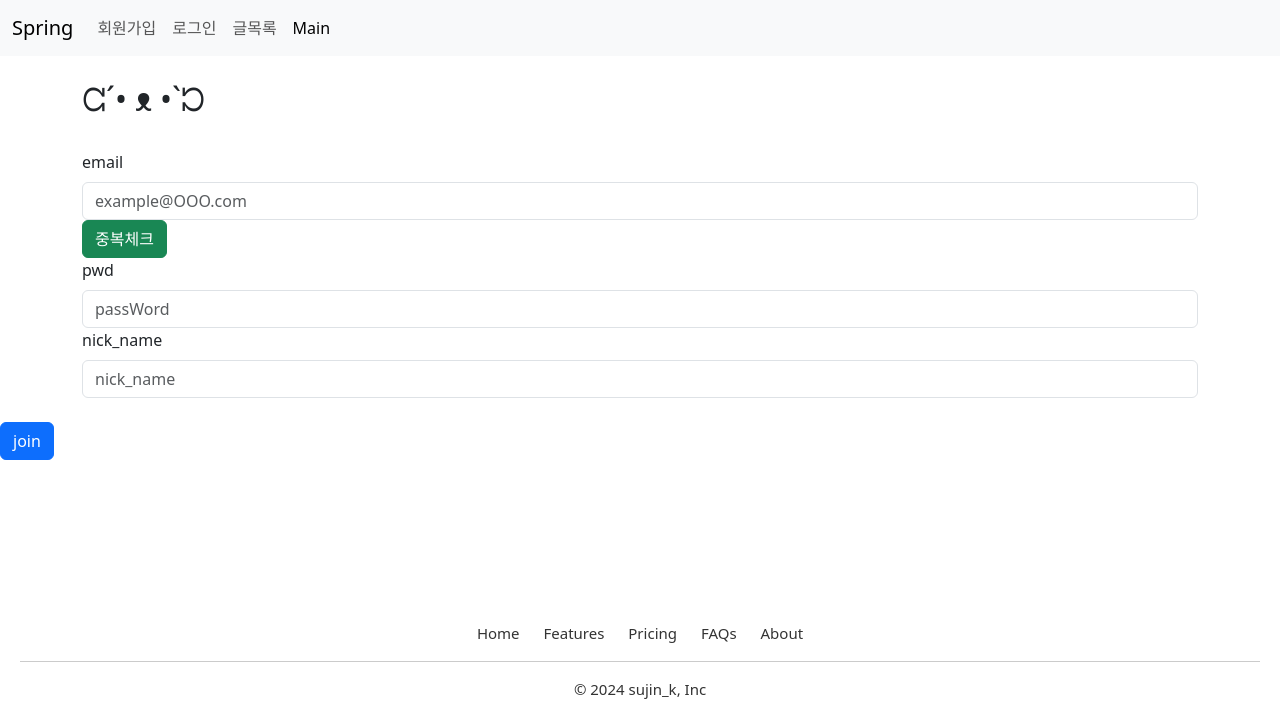
Repository: sujin1221/spring
Page: http://localhost/spring_test2/WEB-INF/views/member/register.jsp
An editor plug-in stored every save of this project. The page is shown before and after the next save, followed by the edit.
The browser window is 1280 px wide. The pictures show the whole page.
The page is served by Tomcat 9. Nobody is signed in. The template is opened directly, without the code that normally fills it, so the values that code supplies are empty.

Above is the page before, as saved 2024-01-17 01:18:59.
Console error: TypeError: Cannot read properties of null (reading 'addEventListener')

After the next save:
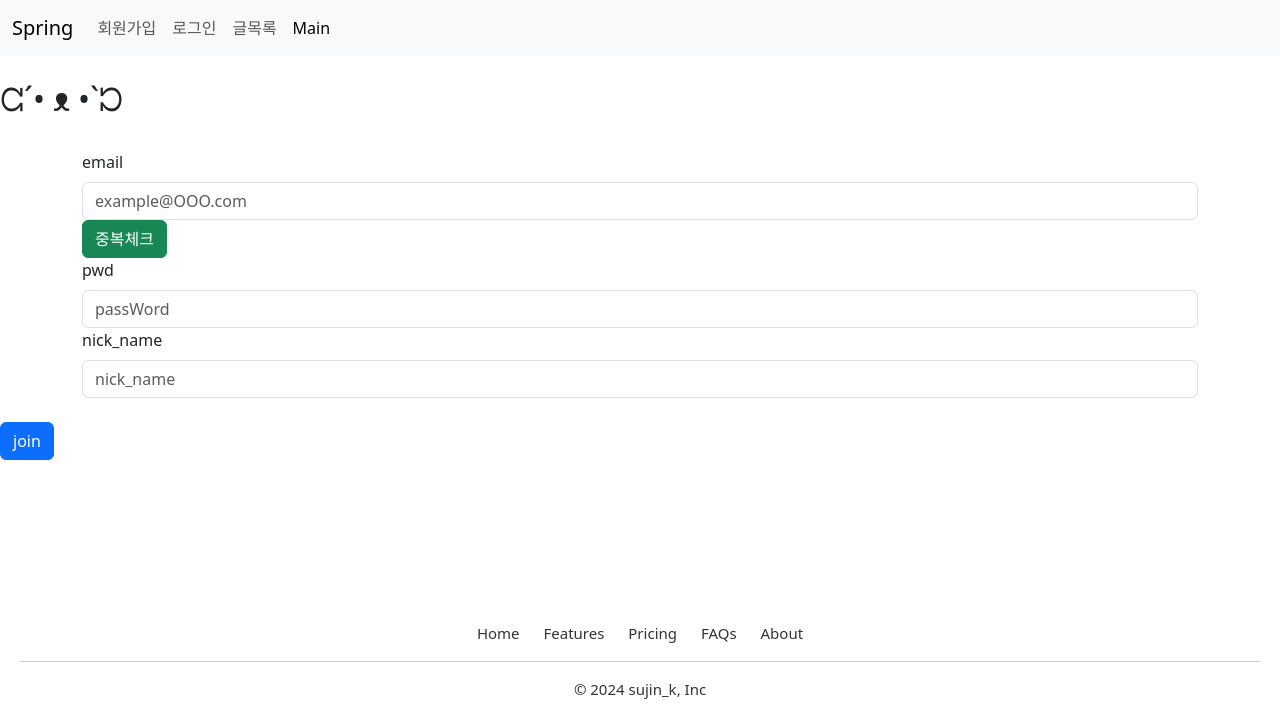
Saved 14 s later.
--- a/spring_test2/src/main/webapp/WEB-INF/views/member/register.jsp
+++ b/spring_test2/src/main/webapp/WEB-INF/views/member/register.jsp
@@ -6,10 +6,11 @@
 <!-- admin: 1111@naver.com으로 설정함 -->
 <form action="/member/register" method="post">
 
-		<div class="container-md">
 		<br>
 		<h2>ᘳ´• ᴥ •`ᘰ</h2>
-		<br> <label for="e" class="form-label">email</label>
+		<br>
+		<div class="container-md">
+		<label for="e" class="form-label">email</label>
 		<input
 			type="email" name="email" class="form-control" id="e"
 			placeholder="example@OOO.com" required="required">
